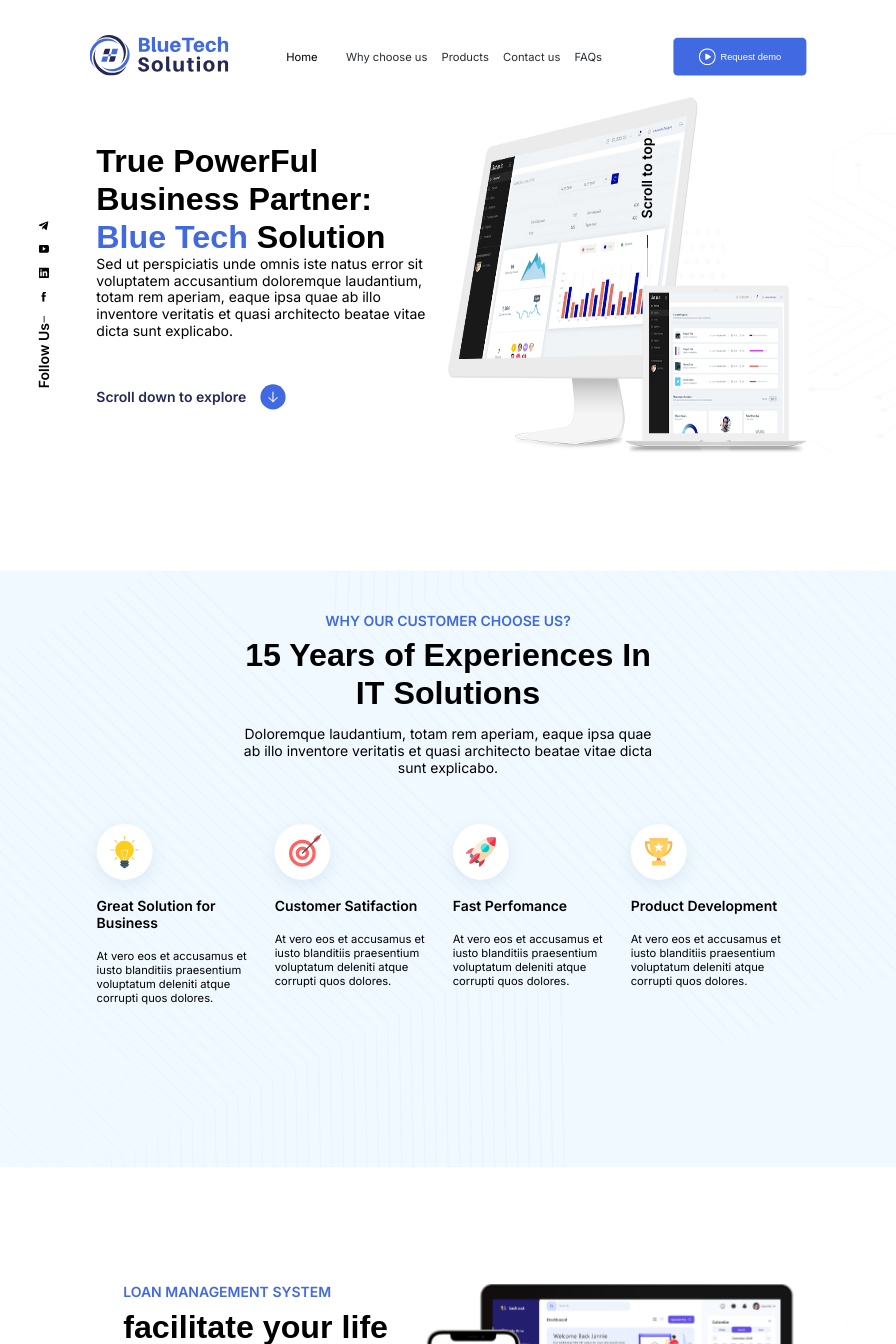
Repository: Chamsmey/static-html-css
Page: index.html
The author's editor kept a copy of each file at every save. The page is drawn from the files as they stood at one save, then again after a run of saves.
The browser window is 1280 px wide. The pictures show the part of the page from y = 0 to 1920 px (the page is 3034 px tall), at 70% of full size.
Some web fonts or font styles are not loaded; a fallback is used.

Above is the page before, as saved 2022-11-15 15:50:03.

After the next 2 saves:
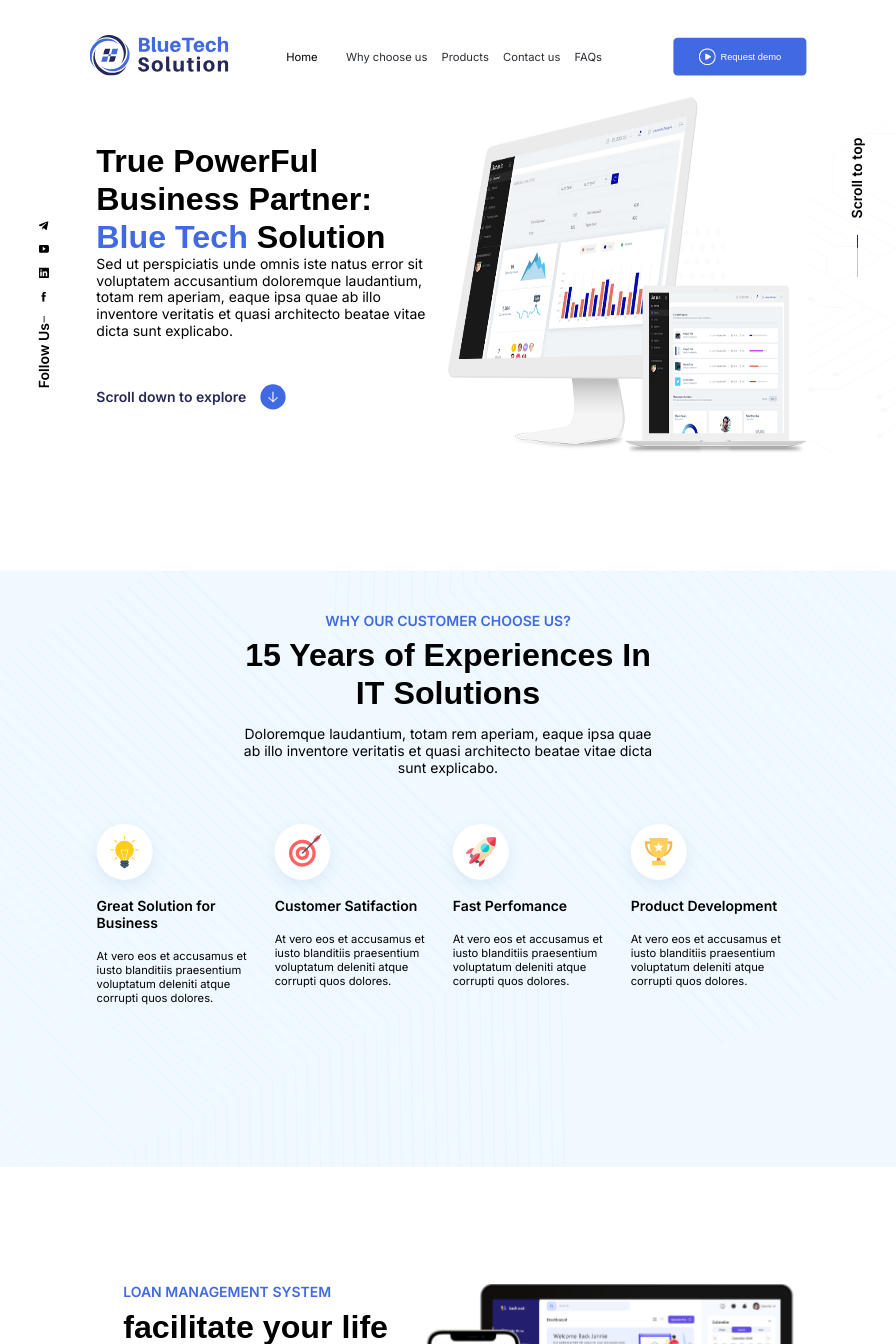
The 2 saves are shown as one change because they came seconds apart.
The last was saved 6 s later.
--- a/css/style.css
+++ b/css/style.css
@@ -377,7 +377,7 @@ height: 300px;
   width: 50px;
   height: 200px;
   /* background: red; */
-  left: 900px;
+  left: 1200px;
   top: 200px;
 
 }
